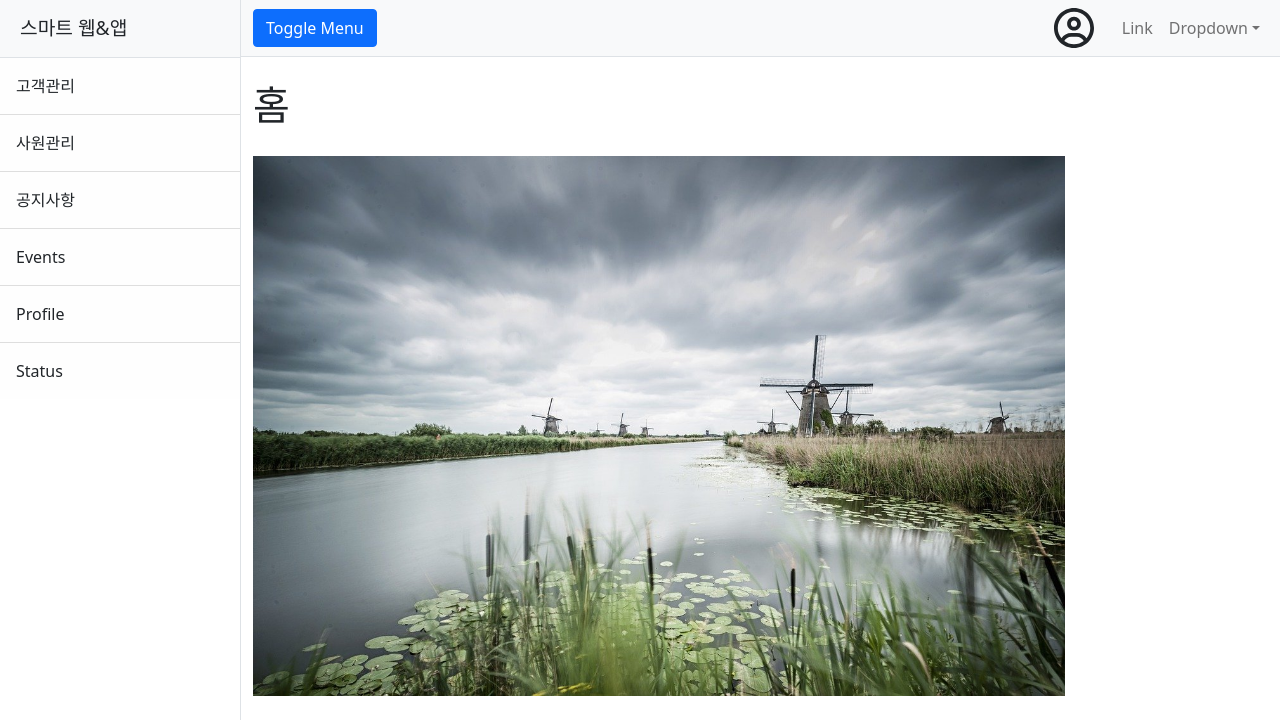
Repository: iwonhee/Study_Servlet
Page: http://localhost/web/index
The author's editor kept a copy of each file at every save. The page is drawn from the files as they stood at one save, then again after the next save.
The browser window is 1280 px wide. The pictures show the whole page.
The page is served by Tomcat 9.

Above is the page before, as saved 2022-12-02 06:51:55.

After the next save:
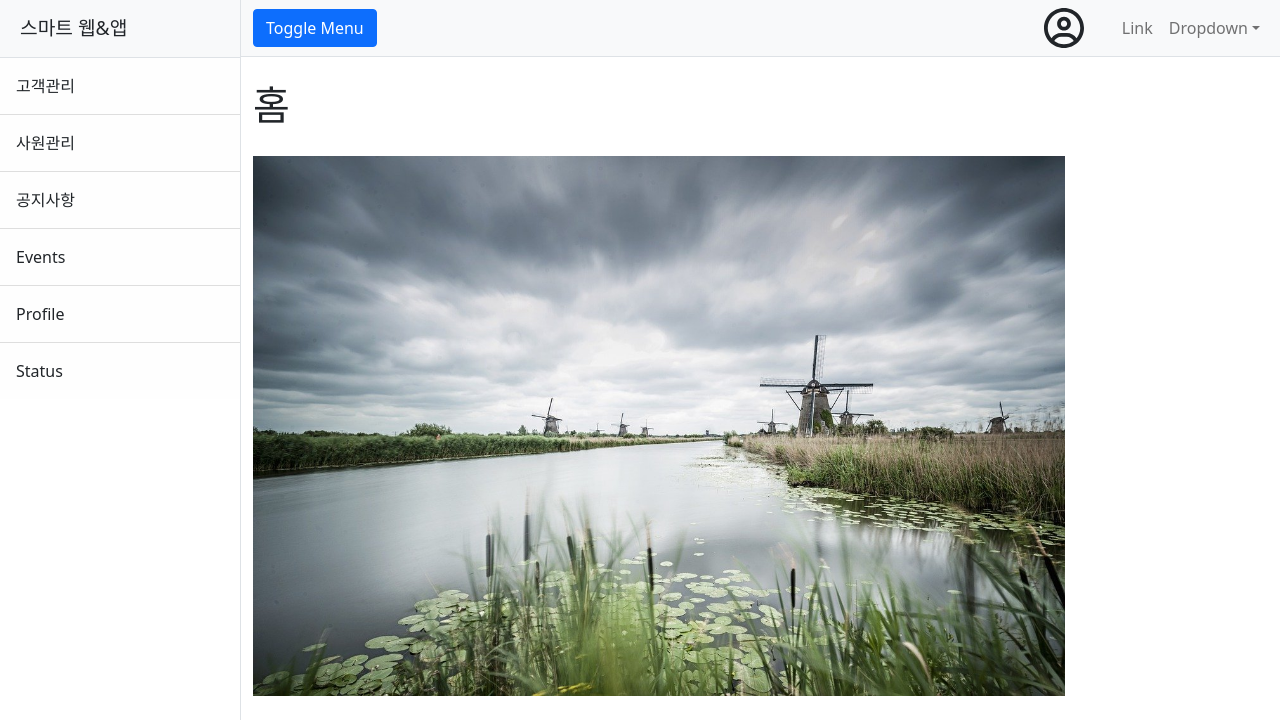
Saved 19 s later.
--- a/web/src/main/webapp/css/common.css
+++ b/web/src/main/webapp/css/common.css
@@ -9,7 +9,7 @@ ul{
 	padding:0;
 	margin:0;
 }
-ul li {display:flex; align-items:center;}
+ul li {display:flex; align-items:center; column-gap:10px;}
 #list-top{
 	display:flex;
 	justify-content: space-between;
